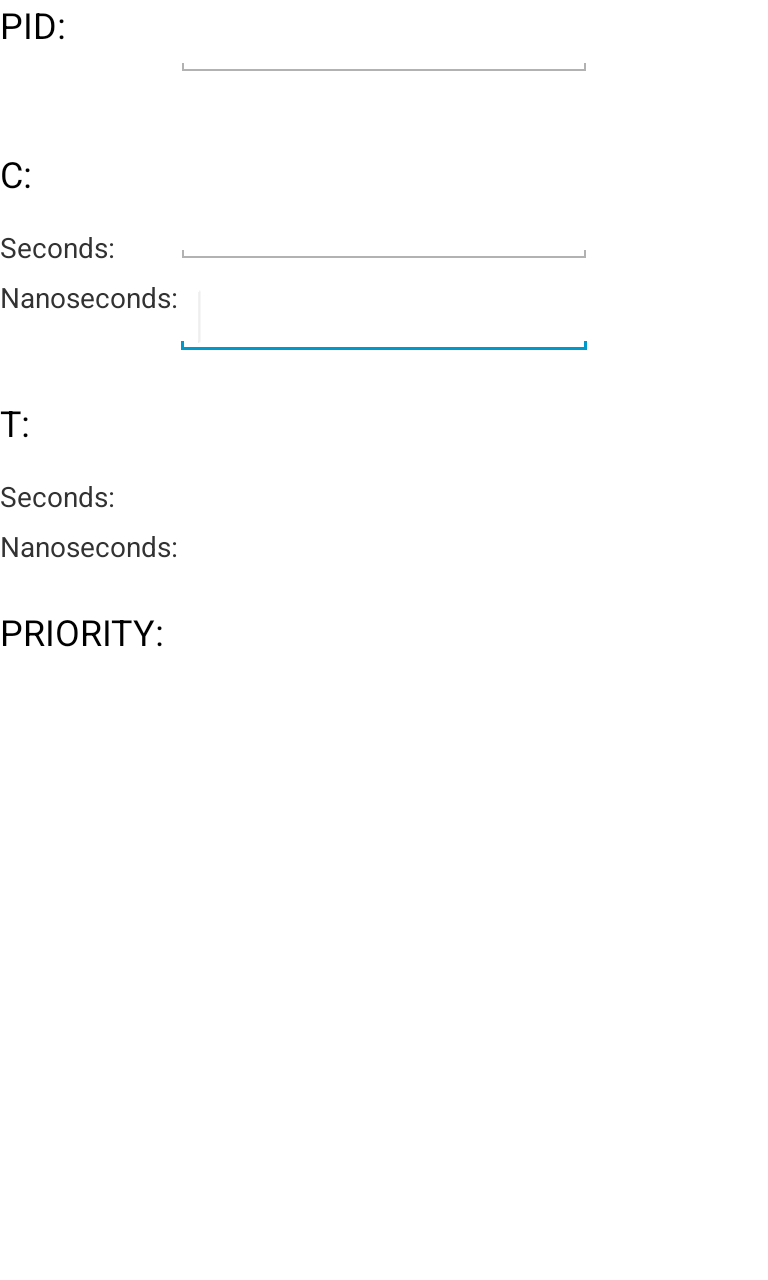
Repository: ankitC/taskmon
Layout: taskmon/res/layout/activity_set_reserve.xml
An editor plug-in stored every save of this project. The layout is shown before and after the next save, followed by the edit.
It is drawn on a 768 x 1280 px phone screen (xhdpi) without system bars, with theme AppTheme; the app's code is not run.

Above is the layout before, as saved 2013-10-07 02:24:19.

After the next save:
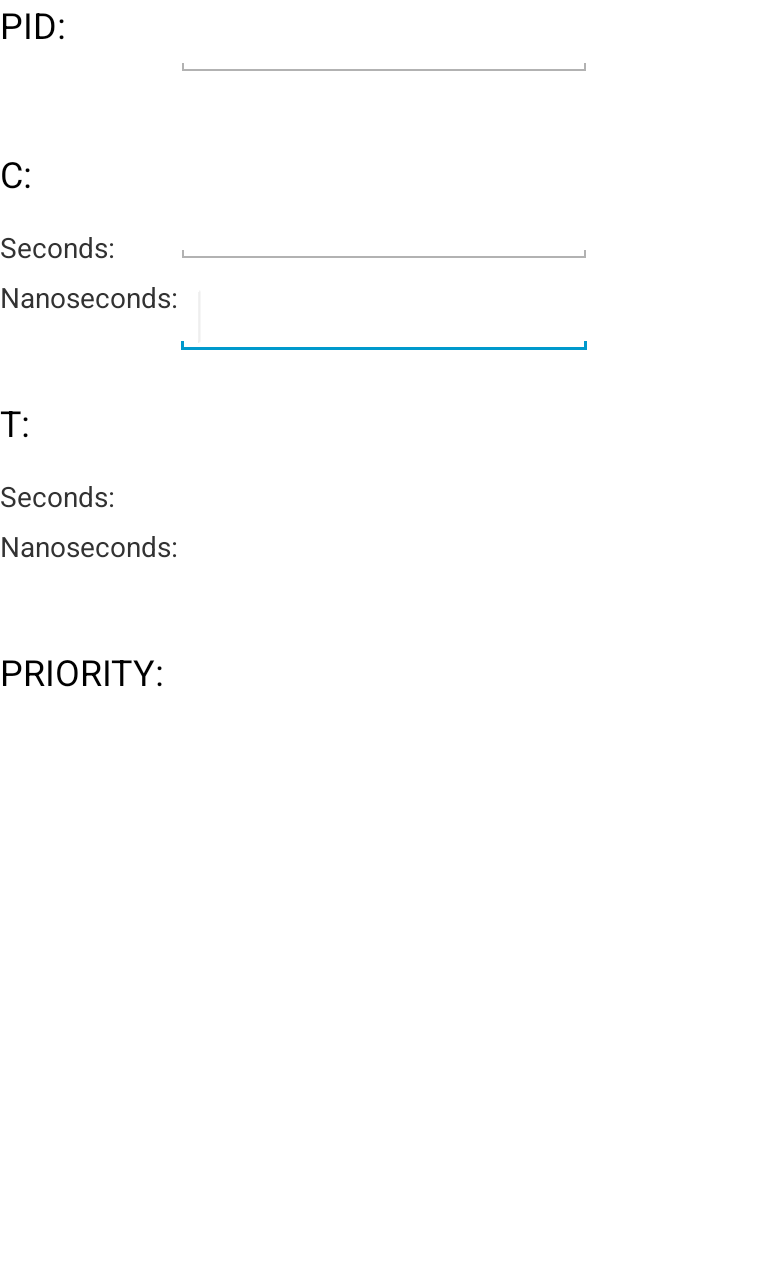
Saved 22 s later.
--- a/taskmon/res/layout/activity_set_reserve.xml
+++ b/taskmon/res/layout/activity_set_reserve.xml
@@ -37,7 +37,7 @@
         android:layout_height="wrap_content"
         android:layout_alignParentLeft="true"
         android:layout_below="@+id/textView3"
-        android:layout_marginTop="80dp"
+        android:layout_marginTop="100dp"
         android:text="@string/priority"
         android:textAppearance="?android:attr/textAppearanceMedium" />
 
